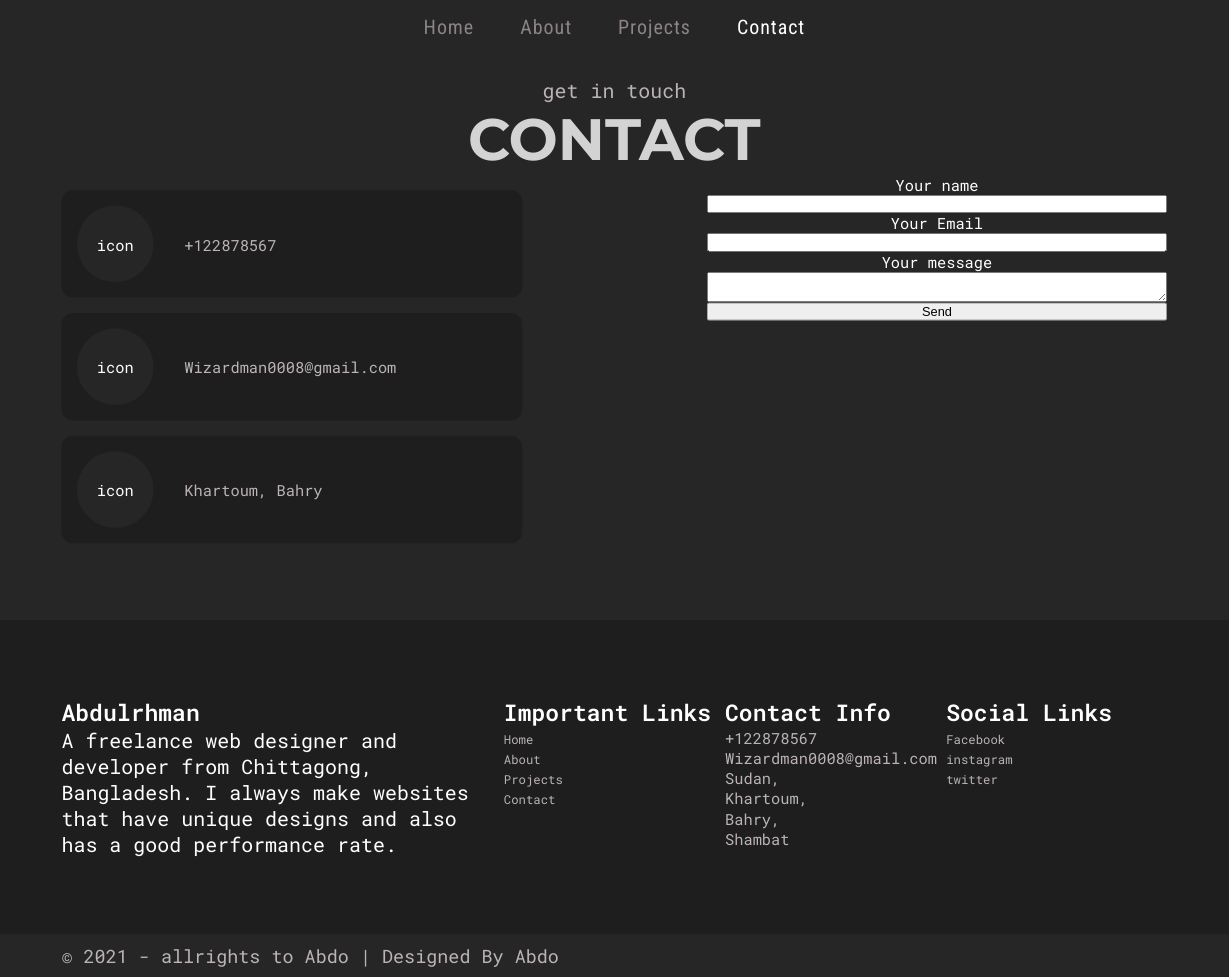
Repository: Abdoulrhman-altyeb/React-Typescript
Page: /contact
These files come from the project's save history. The page is drawn as it stood at one moment and after the next save; the edit follows.
The browser window is 1280 px wide. The pictures show the whole page, at 96% of full size.
The project was rebuilt for these pictures with package versions that can differ from the ones it lists, and the page was loaded fresh each time. Also part of the build but not shown: src/components/Button.tsx, src/components/ContactButton.tsx, src/components/HeroSection.tsx, src/components/AboutSection.tsx, src/assits/data/Services.ts, src/components/ServiceItems.tsx, src/components/ServicesSection.tsx, src/components/ProjectsSection.tsx and 3 more.

Above is the page before, as saved 2021-05-20 17:49:08.

After the next save:
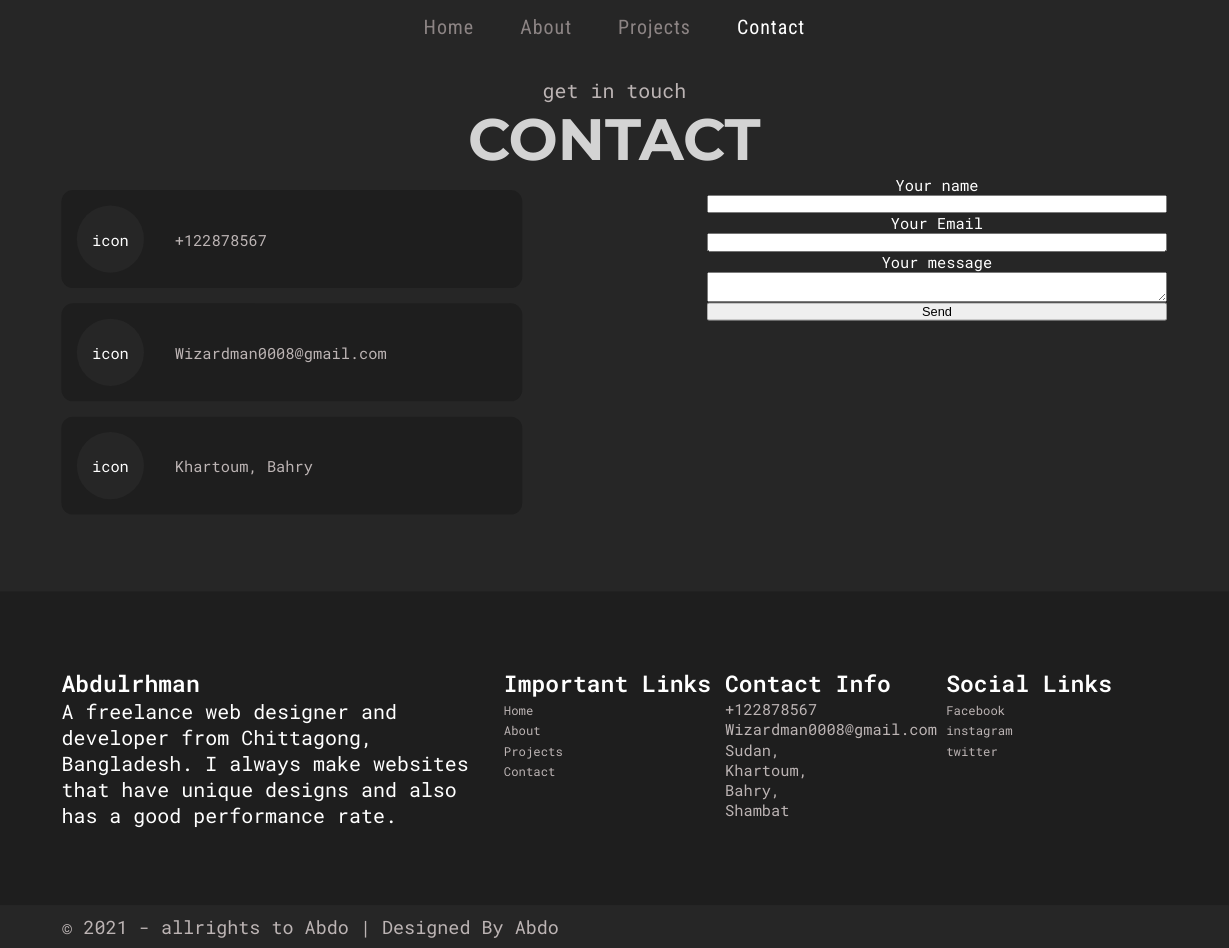
Saved 14 s later.
--- a/src/components/ContactSecion.tsx
+++ b/src/components/ContactSecion.tsx
@@ -78,8 +78,8 @@ const StyledDiv = styled.div`
         align-items: center;
     }
     .icon{
-        width:80px;
-        height:80px;
+        width:70px;
+        height:70px;
         border-radius: 50%;
         display: flex;
         justify-content: center;
